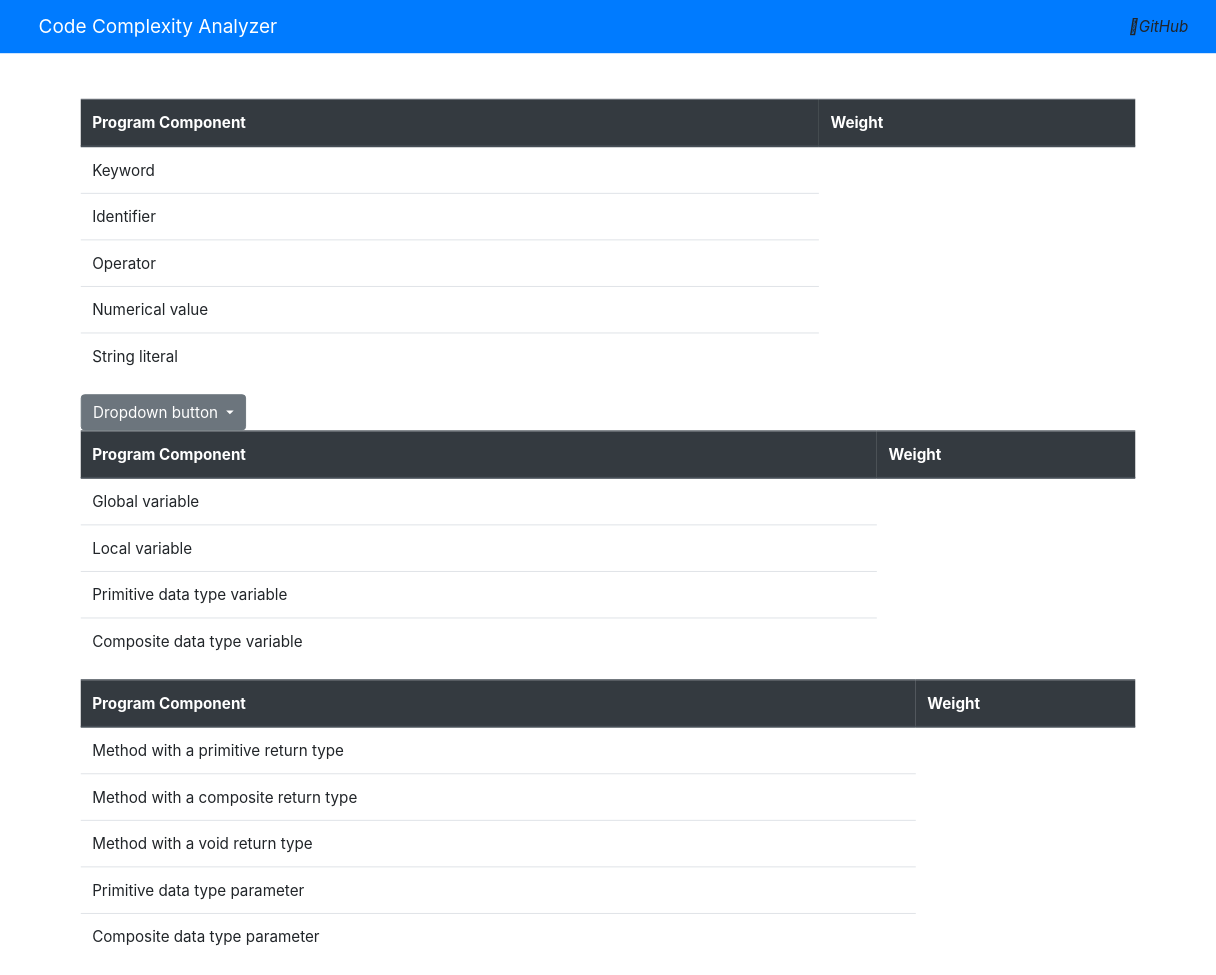
Repository: DinuwanB/Code-Complexity-Analyzer
Page: http://localhost/ITPM/Weight.jsp
These files come from the project's save history. The page is drawn as it stood at one moment and after the next save; the edit follows.
The browser window is 1280 px wide. The pictures show the whole page, at 95% of full size.
The page is served by Tomcat 9.

Above is the page before, as saved 2020-05-21 14:44:03.

After the next save:
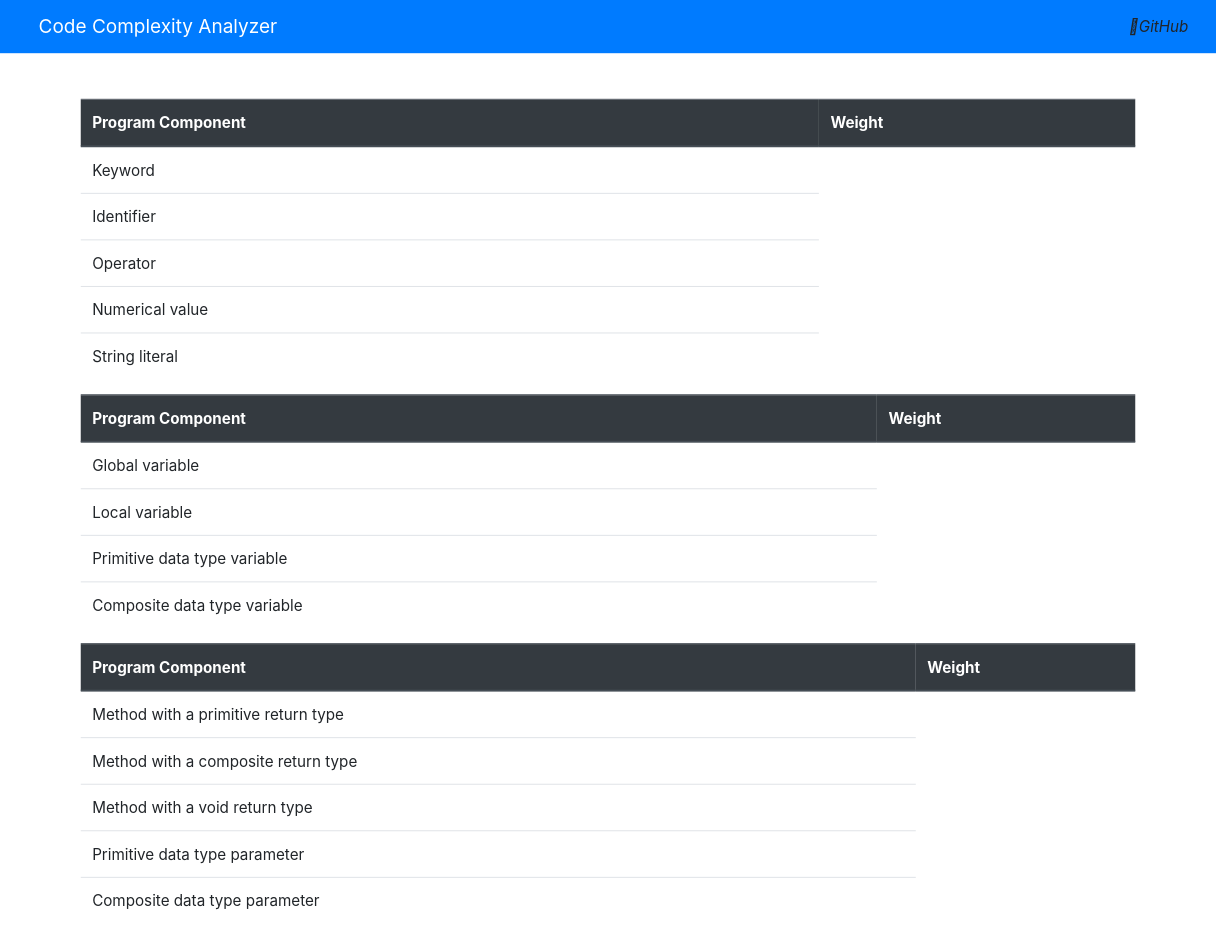
Saved 2 min 42 s later.
--- a/ITPM/src/main/webapp/Weight.jsp
+++ b/ITPM/src/main/webapp/Weight.jsp
@@ -65,17 +65,6 @@
     <tr>
       <td>Global variable</td>
 
-      <div class="dropdown">
-  <button class="btn btn-secondary dropdown-toggle" type="button" id="dropdownMenuButton" data-toggle="dropdown" aria-haspopup="true" aria-expanded="false">
-    Dropdown button
-  </button>
-  <div class="dropdown-menu" aria-labelledby="dropdownMenuButton">
-    <a class="dropdown-item" href="#">Action</a>
-    <a class="dropdown-item" href="#">Another action</a>
-    <a class="dropdown-item" href="#">Something else here</a>
-  </div>
-</div>
-
     </tr>
     <tr>
      <td>Local variable</td>
